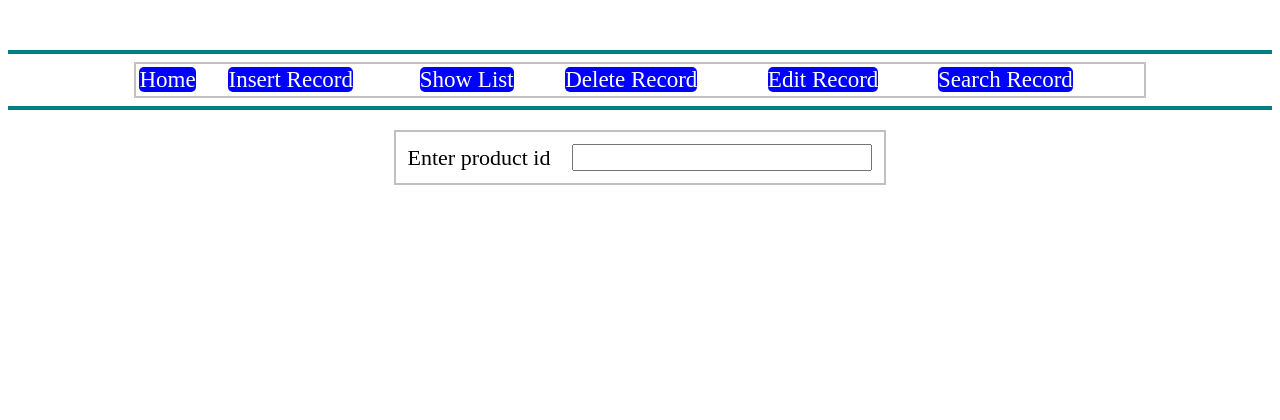
Repository: nikunj-var/Advance_Java
Page: http://localhost/product_management/insert.jsp
The author's editor kept a copy of each file at every save. The page is drawn from the files as they stood at one save, then again after the next save.
The browser window is 1280 px wide. The pictures show the whole page.
The page is served by Tomcat 10. Other server files are loaded and not shown.

Above is the page before, as saved 2023-07-17 13:14:18.

### product_management/src/main/webapp/insert.jsp
<%@ include file = "navbar.jsp"%>
<html>
	<body>
		<table class='table'>
			<tr >
				<td class='tabledata'>Enter product id</td>
				<td class='tabledata'><input type="text" class="textbox" name="pid" required></td>
			</tr>
		</table>
	</body>
</html>

### product_management/src/main/webapp/navbar.jsp

<html>
	<head>
		<link rel='stylesheet' href='CSS/style.css'>
	</head>
	<body>
		<div class='div'>
			<hr style='border:2px solid teal;'>
			<table style='margin:auto; width:80%;' class='table'>
				<tr>
					<td><a href= '/product_management' class='btr'>Home</a></td>
					<td><a href= 'insert.jsp' class='btr'>Insert Record</a></td>
					<td><a href= '#' class='btr'>Show List</a></td>
					<td><a href= '#' class='btr'>Delete Record</a></td>
					<td><a href= '#' class='btr'>Edit Record</a></td>
					<td><a href= '#' class='btr'>Search Record</a></td>
				</tr>
			</table>
			<hr style='border:2px solid teal;'>
		</div>

	</body>
</html>

### product_management/src/main/webapp/CSS/style.css
.div{
	text-align: center;
	margin-top: 50px;
}

.btr{
	color: white;
	background-color: blue;
	padding-top: 5px 15px;
	border-radius: 5px;
	text-decoration: none;
	font-size: 23px;
}
.btr:hover{
	background-color: gray;
}
.table{
	margin: auto;
	margin-top: 20px;
	font-size: 22px;
	border: 2px solid silver;
}
.textbox{
	font-size: 18px;
	width: 300px;
}
.button{
	color: white;
	background-color: blue;
	padding-top: 5px 15px;
	border-radius: 5px;
	font-size: 18px;
}
.tabledata{
	padding: 10px;
}

After the next save:
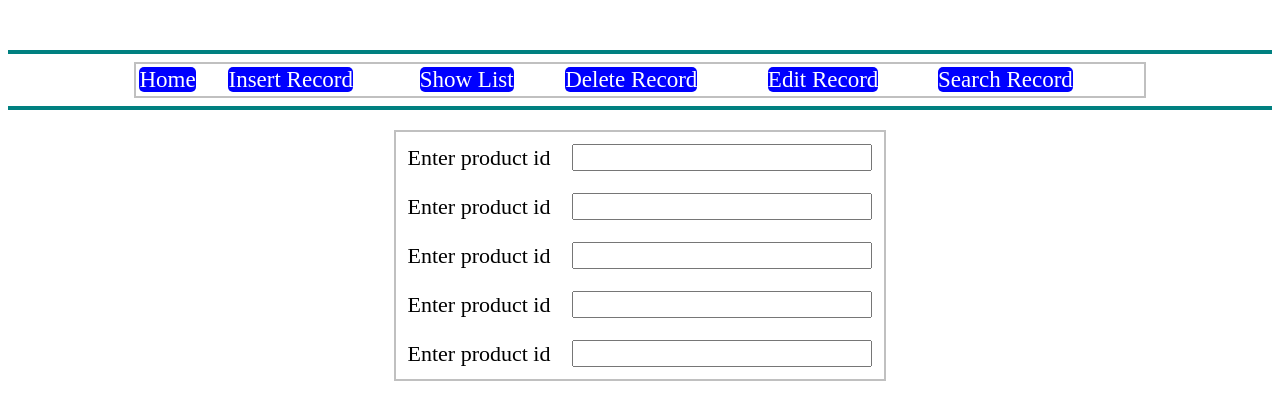
Saved 43 s later.
--- a/product_management/src/main/webapp/insert.jsp
+++ b/product_management/src/main/webapp/insert.jsp
@@ -6,6 +6,22 @@
 				<td class='tabledata'>Enter product id</td>
 				<td class='tabledata'><input type="text" class="textbox" name="pid" required></td>
 			</tr>
+			<tr >
+				<td class='tabledata'>Enter product id</td>
+				<td class='tabledata'><input type="text" class="textbox" name="pid" required></td>
+			</tr>
+			<tr >
+				<td class='tabledata'>Enter product id</td>
+				<td class='tabledata'><input type="text" class="textbox" name="pid" required></td>
+			</tr>
+			<tr >
+				<td class='tabledata'>Enter product id</td>
+				<td class='tabledata'><input type="text" class="textbox" name="pid" required></td>
+			</tr>
+			<tr >
+				<td class='tabledata'>Enter product id</td>
+				<td class='tabledata'><input type="text" class="textbox" name="pid" required></td>
+			</tr>
 		</table>
 	</body>
 </html>
